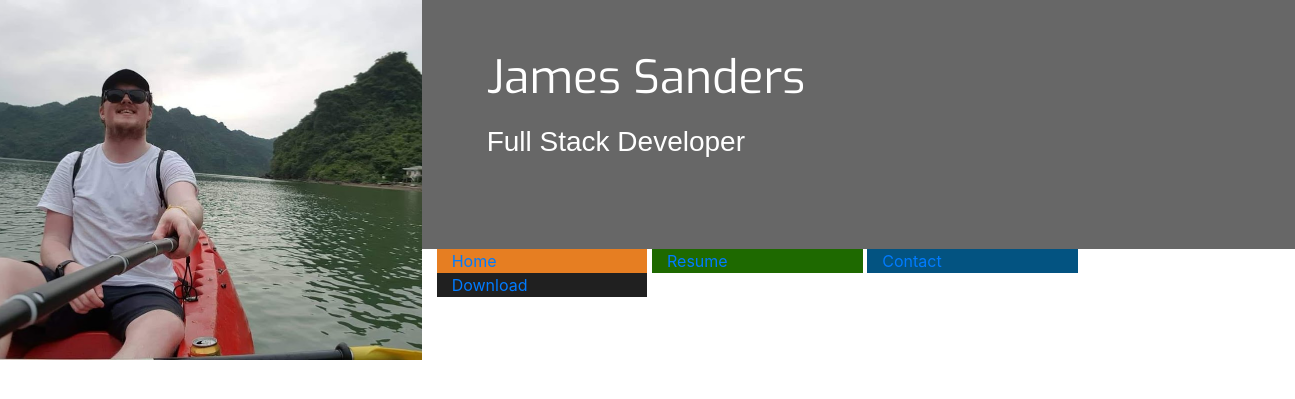
Repository: JaySanders95/my-online-resume
Page: index.html
The author's editor kept a copy of each file at every save. The page is drawn from the files as they stood at one save, then again after the next save.
The browser window is 1280 px wide. The page is 1295 px wide, so the pictures cover 1295 px, including what lies to the right of the window. The pictures show the whole page.
Some web fonts or font styles are not loaded; a fallback is used. Some web libraries are served in a nearby version.

Above is the page before, as saved 2023-04-17 17:18:21.

After the next save:
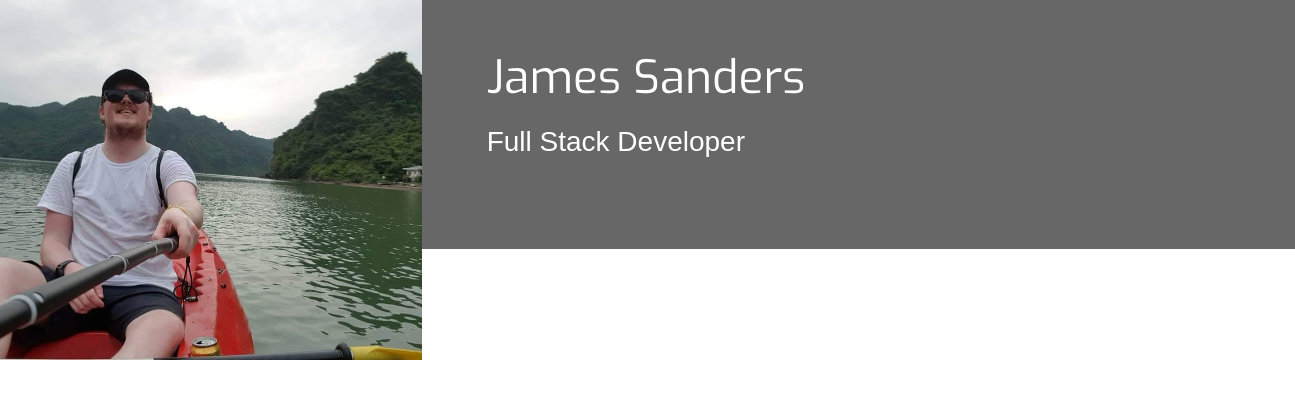
Saved 25 s later.
--- a/assets/css/style.css
+++ b/assets/css/style.css
@@ -59,3 +59,7 @@ header {
 .list-inline-item:not(:last-child) {
     margin: 0;
 }
+
+.menucontainer {
+    font-size: 0;
+}
